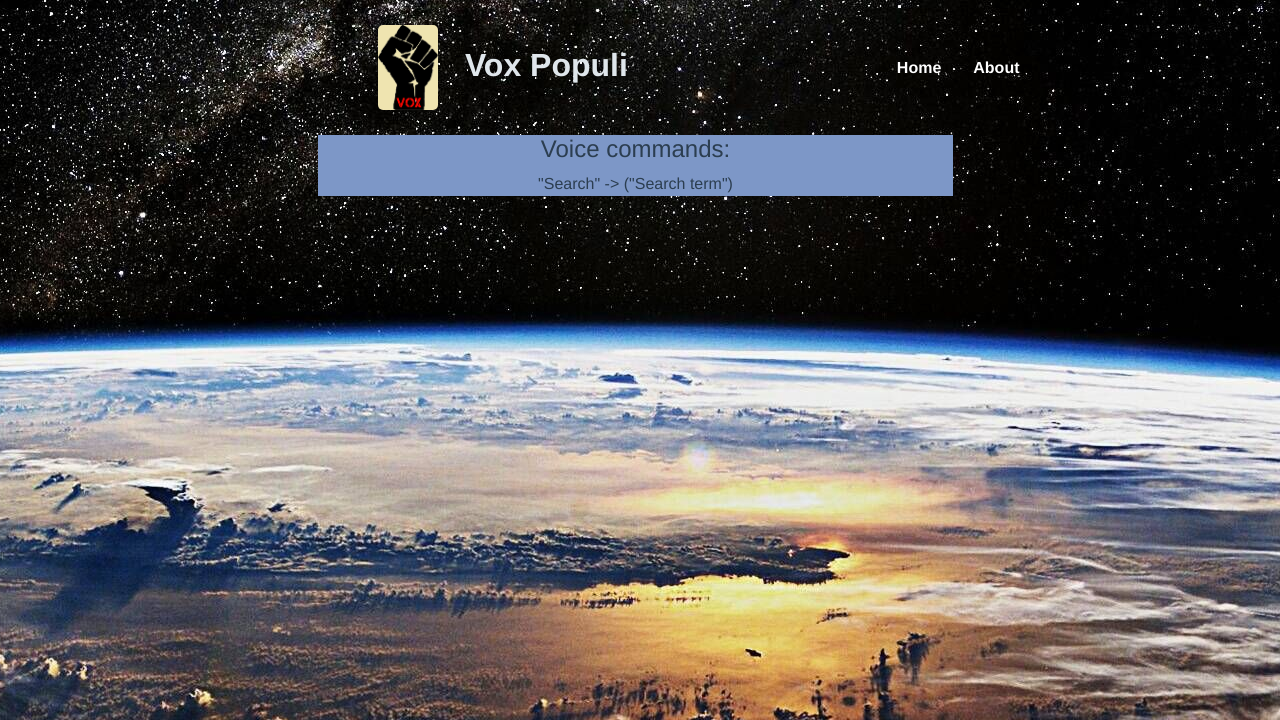
Repository: mseparov/vox-populi
Page: /about (app in vox-populi/)
These files come from the project's save history. The page is drawn as it stood at one moment and after a run of saves; the edit follows.
The browser window is 1280 px wide. The pictures show the whole page.
The project was rebuilt for these pictures with package versions that can differ from the ones it lists, and the page was loaded fresh each time. Also part of the build but not shown: vox-populi/src/components/NewsArticle.vue, vox-populi/src/views/Home.vue.

Above is the page before, as saved 2021-08-23 23:42:30.

After the next 3 saves:
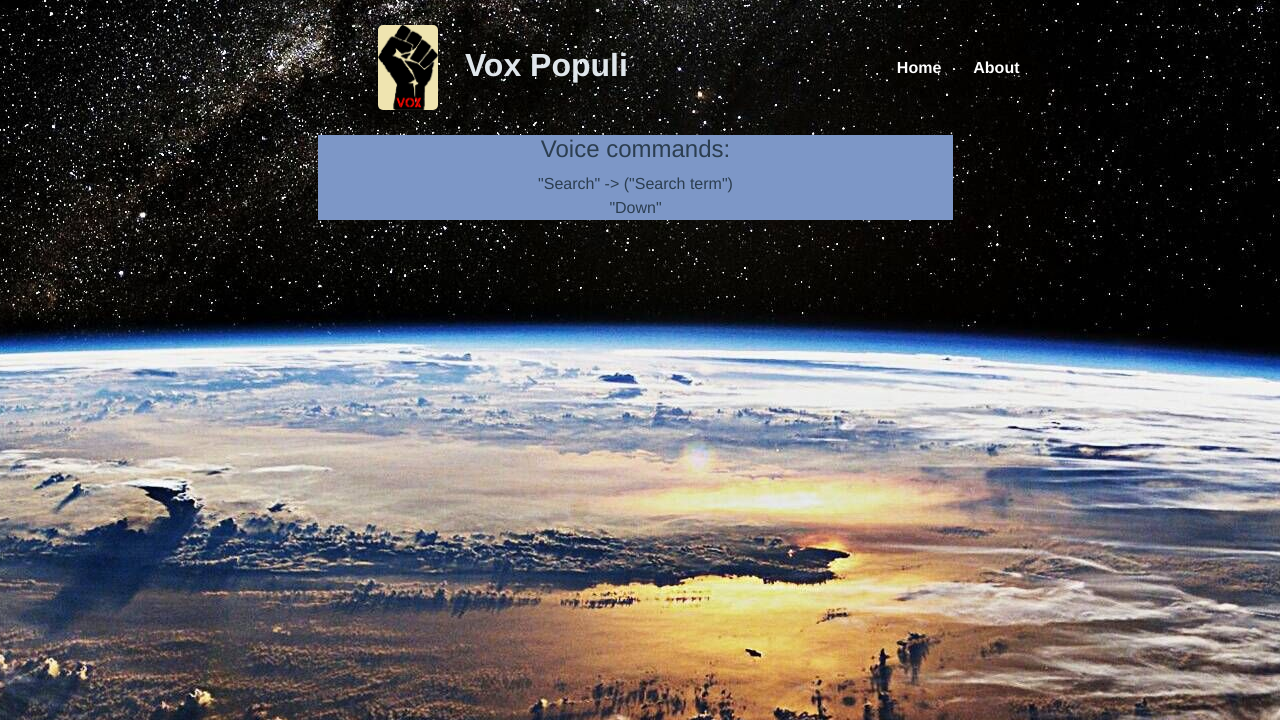
The 3 saves are shown as one change because they came seconds apart.
The last was saved 7 s later.
--- a/vox-populi/src/views/About.vue
+++ b/vox-populi/src/views/About.vue
@@ -5,7 +5,7 @@
 
      <p>"Search" -> ("Search term")
        <br>
-
+       "Down"
 
      </p>
   </div>
